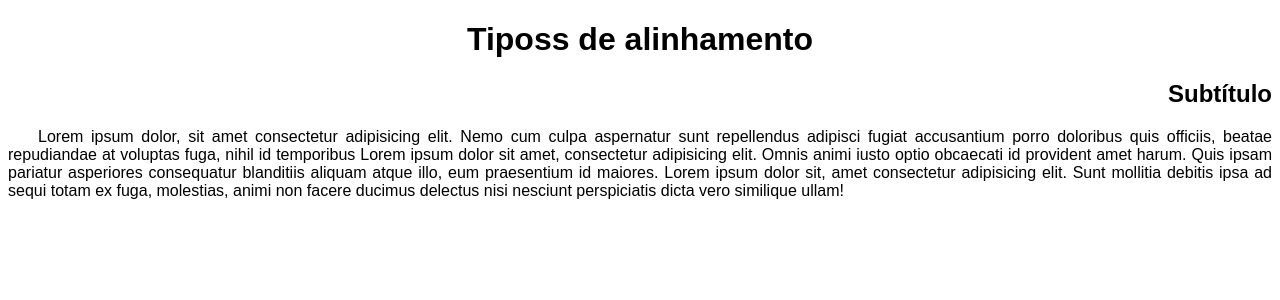
Repository: Codigo404q/html-css
Page: exercicios/ex017/fonte02.html
The author's editor kept a copy of each file at every save. The page is drawn from the files as they stood at one save, then again after a run of saves.
The browser window is 1280 px wide. The pictures show the whole page.

Above is the page before, as saved 2023-11-04 21:23:27.

After the next 2 saves:
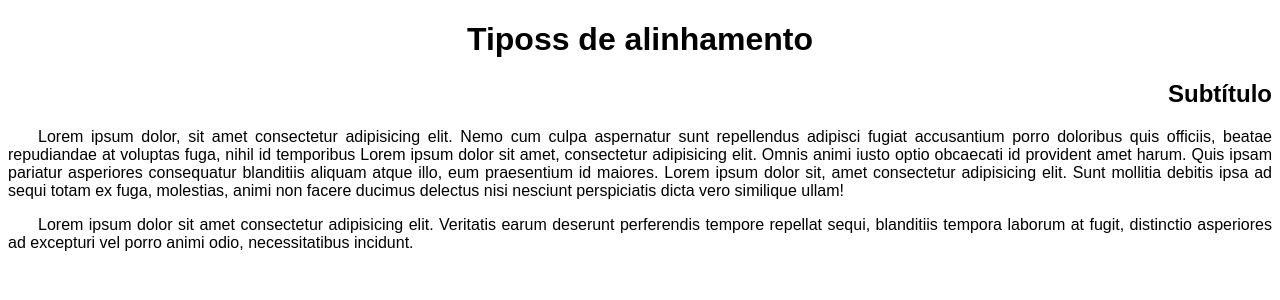
The 2 saves are shown as one change because they came seconds apart.
The last was saved 10 s later.
--- a/exercicios/ex017/fonte02.html
+++ b/exercicios/ex017/fonte02.html
@@ -28,5 +28,6 @@
     <h1>Tiposs de alinhamento</h1>
     <h2>Subtítulo</h2>
     <p>Lorem ipsum dolor, sit amet consectetur adipisicing elit. Nemo cum culpa aspernatur sunt repellendus adipisci fugiat accusantium porro doloribus quis officiis, beatae repudiandae at voluptas fuga, nihil id temporibus Lorem ipsum dolor sit amet, consectetur adipisicing elit. Omnis animi iusto optio obcaecati id provident amet harum. Quis ipsam pariatur asperiores consequatur blanditiis aliquam atque illo, eum praesentium id maiores. Lorem ipsum dolor sit, amet consectetur adipisicing elit. Sunt mollitia debitis ipsa ad sequi totam ex fuga, molestias, animi non facere ducimus delectus nisi nesciunt perspiciatis dicta vero similique ullam!</p>
+    <p>Lorem ipsum dolor sit amet consectetur adipisicing elit. Veritatis earum deserunt perferendis tempore repellat sequi, blanditiis tempora laborum at fugit, distinctio asperiores ad excepturi vel porro animi odio, necessitatibus incidunt.</p>
 </body>
 </html>
